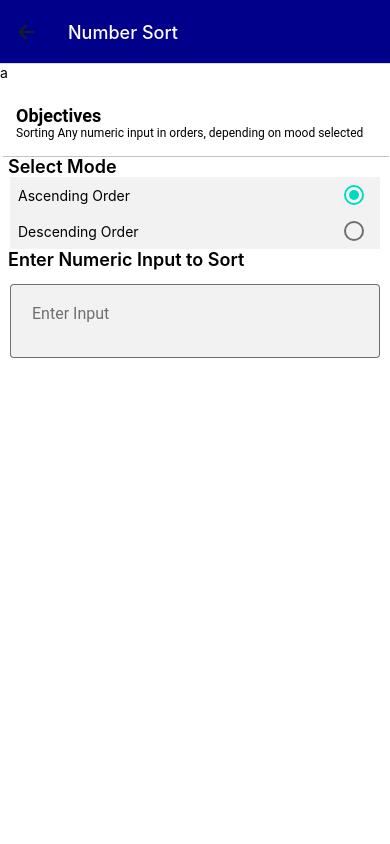
Repository: seyicoded/rn-crazy-algorithm-app
Screen: /Sort_simple_number
These files come from the project's save history. The screen is drawn as it stood at one moment and after the next save; the edit follows.
The app was drawn by React Native's web renderer in a window 390 px wide. The project was rebuilt for these pictures with package versions that can differ from the ones it lists, and the page was loaded fresh each time. Also part of the build but not shown: src/screens/sort.js, src/screens/filter.js, src/screens/advance.js, src/screens/sorts/Sort_alphabet.js.

Above is the screen before, as saved 2022-03-30 18:00:32.

### App.js
import 'react-native-gesture-handler';
import { StatusBar } from 'expo-status-bar';
import { StyleSheet, Text, View } from 'react-native';
import Main from './src/main'
export default function App() {
  return (
    <View style={styles.container}>
      <Main />
      <StatusBar style="auto" />
    </View>
  );
}

const styles = StyleSheet.create({
  container: {
    flex: 1,
    backgroundColor: '#fff',
  },
});

### src/main.js
import { View, Text } from 'react-native'
import React from 'react'
import {NavigationContainer} from '@react-navigation/native'
import {createStackNavigator} from '@react-navigation/stack'
import Home from './screens/index'
import Sort from './screens/sort'
import Filter from './screens/filter'
import Advance from './screens/advance'
import Sort_simple_number from './screens/sorts/Sort_simple_number'
import Sort_alphabet from './screens/sorts/Sort_alphabet'

const StackNav = createStackNavigator()

export default function Main() {
  return (
    <NavigationContainer>
        <StackNav.Navigator>
            <StackNav.Screen name="Home" options={{headerMode: 'none'}} component={Home} />
            <StackNav.Screen name="Filter" options={{headerMode: 'none'}} component={Filter} />
            <StackNav.Screen name="Sort" options={{headerMode: 'none'}} component={Sort} />
            <StackNav.Screen name="Advance" options={{headerMode: 'none'}} component={Advance} />

            {/* sort aspect */}
            <StackNav.Screen name="Sort_simple_number" options={{title: 'Number Sort', headerStyle: {backgroundColor: 'darkblue', color: 'white'}, headerTitleStyle: {color: 'white'}}} component={Sort_simple_number} />
            <StackNav.Screen name="Sort_alphabet" options={{title: 'Alphabet Sort', headerStyle: {backgroundColor: 'darkblue', color: 'white'}, headerTitleStyle: {color: 'white'}}} component={Sort_alphabet} />
        </StackNav.Navigator>
    </NavigationContainer>
  )
}

### src/screens/index.js
import { View, Text, StyleSheet, FlatList, TouchableOpacity } from 'react-native'
import React, {useState, useEffect, useRef} from 'react'
import Header from '../layout/header'
import { List, Avatar, Card, Title, Paragraph, Button } from 'react-native-paper';

const data = [
    {
        id: 'Sort',
        image: 'https://picsum.photos/700',
        title: 'Sort',
    },
    {
        id: 'Filter',
        image: 'https://picsum.photos/700',
        title: 'Filter',
    },
    {
        id: 'Advance',
        image: 'https://picsum.photos/700',
        title: 'Advance',
    },
]

export default function Index({route, navigation}) {
    const [color, setColor] = useState('darkblue');
    var timer = null;
    var ColorChanger = useRef('darkblue');


    useEffect(()=>{
        timer = setInterval(()=>{
            // console.log('.')
            ColorChanger.current = (ColorChanger.current == 'darkblue') ? 'darkred' : 'darkblue';
            setColor(ColorChanger.current);
        }, 1000);
        return ()=>{
            clearInterval(timer);
        }
    }, [])

    const styles = StyleSheet.create({
        container: {
          flex: 1,
          width: '100%',
          backgroundColor: '#fff',
        },
        header: {
            fontSize: 16,
            textAlign: 'center',
            marginTop: 20,
            marginBottom: 20,
            color: color,
            fontWeight: '700',
        },
        list: {
            width: '100%',
        },
        card: {
            // backgroundColor: 'red',
            margin: 20,
            shadowColor: '#000',
            shadowOffset: { width: 0, height: 2 },
            shadowOpacity: 0.8,
            elevation: 4
        }
    });

    return (
        <View style={styles.container}>
            <Header title="Home" visible={false} navigation={navigation} />
            <Text style={styles.header}>Let's Prep Shall We</Text>

            <FlatList
                data={data}
                style={styles.list}
                renderItem={({ item }) => {
                    return (
                        <TouchableOpacity onPress={() => navigation.navigate(item.id, {title: item.title})}>
                            <Card style={styles.card}>
                                <Card.Cover source={{ uri: item.image }} />
                                {/* <Card.Actions style={{justifyContent: 'center'}}>
                                    <Button onPress={()=>navigation.navigate(item.id)}>{item.title}</Button>

                                </Card.Actions> */}

                                <Card.Content style={{justifyContent: 'center'}}>
                                    <Title style={{textAlign: 'center', marginTop:12, color: 'darkblue'}}>{item.title}</Title>
                                </Card.Content>
                            </Card>
                        </TouchableOpacity>
                    )
                }}
                numColumns={1}
            />

            {/* <Card>
                <Card.Cover source={{ uri: 'https://picsum.photos/700' }} />

                <Card.Content>
                    <Title>Card title</Title>
                </Card.Content>
            </Card> */}

        </View>
    )
}

### src/screens/sorts/Sort_simple_number.js
import { StyleSheet, Text, View, TouchableOpacity, Pressable, Keyboard } from 'react-native'
import React from 'react'
import { Banner, RadioButton, TextInput } from 'react-native-paper';

export default function Sort_simple_number() {
    const [value, setValue] = React.useState('ascending');
    const [unsortedVal, setunsortedVal] = React.useState('');
  return (
    <View style={styles.container}>
        <Pressable onPress={()=>Keyboard.dismiss()}><Text>a</Text></Pressable>
        <Banner
            visible={true}
            actions={[
            ]}
            >
                <View>
                    <Text style={{fontWeight: '600', fontSize: 18}}>Objectives</Text>
                    <Text />
                    <Text style={{fontSize: 12}}>Sorting Any numeric input in orders, depending on mood selected</Text>
                </View>
        </Banner>
        <Text />
        <Text style={styles.title_element}>Select Mode</Text>

        <RadioButton.Group onValueChange={newValue => setValue(newValue)} value={value}>
            <TouchableOpacity onPress={()=>setValue('ascending')}>
                <View style={styles.radio}>
                    <Text>Ascending Order</Text>
                    <RadioButton value="ascending" />
                </View>
            </TouchableOpacity>
            <TouchableOpacity onPress={()=>setValue('descending')}>
                <View style={styles.radio}>
                    <Text>Descending Order</Text>
                    <RadioButton value="descending" />
                </View>
            </TouchableOpacity>
        </RadioButton.Group>

        <Text />
        <Text style={styles.title_element}>Enter Numeric Input to Sort</Text>
        <TextInput
            label='Enter Input'
            mode='outlined'
            style={styles.input}
            value={unsortedVal}
            multiline={true}
            keyboardType='numeric'
            returnKeyType='done'
            onChangeText={text => setunsortedVal(text)}
        />
    </View>
  )
}

const styles = StyleSheet.create({
    container: {
        flex: 1,
        backgroundColor: '#fff',
    },
    title_element: {
        fontWeight: '600',
        fontSize: 18,
        paddingLeft: 8
    },
    radio: {
        flexDirection: 'row',
        justifyContent: 'space-between',
        alignItems: 'center',
        marginHorizontal: 10,
        backgroundColor: 'rgba(0, 0, 0, 0.05)',
        paddingHorizontal: 8,
    },
    input: {
        marginHorizontal: 10,
        marginVertical: 8,
        backgroundColor: 'rgba(0, 0, 0, 0.05)',
        paddingHorizontal: 8,
    },
})

### src/layout/header.js
import { View, Text } from 'react-native'
import React, {useState, useEffect} from 'react'
import { Appbar } from 'react-native-paper';

export default function Header({title, visible, navigation}) {
    // const [visible, setVisible] = useState(false);

    if(visible){
        return (
            <Appbar.Header style={{backgroundColor: 'darkblue'}}>
                {
                    (visible) ?
                    <Appbar.BackAction onPress={()=>navigation.goBack()} />
                    :<></>
                }
                <Appbar.Content title={title} />
            </Appbar.Header>
          )
    }else{
        return (
            <Appbar.Header style={{backgroundColor: 'darkblue'}}>
                <Appbar.Content title={title} />
            </Appbar.Header>
          )
    }

}

After the next save:
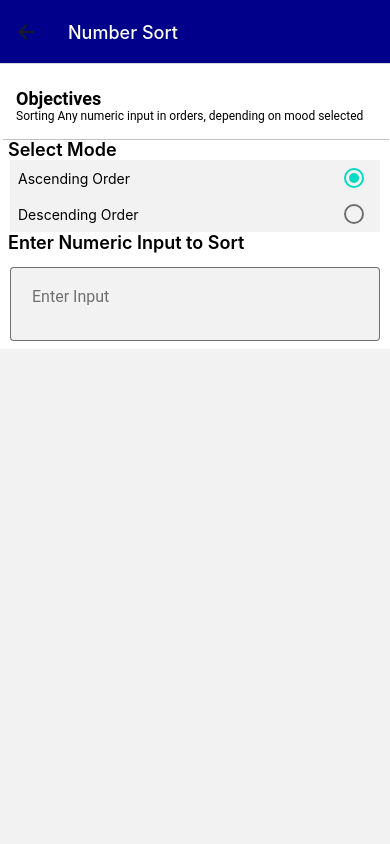
Saved 24 s later.
--- a/src/screens/sorts/Sort_simple_number.js
+++ b/src/screens/sorts/Sort_simple_number.js
@@ -6,8 +6,8 @@ export default function Sort_simple_number() {
     const [value, setValue] = React.useState('ascending');
     const [unsortedVal, setunsortedVal] = React.useState('');
   return (
+      <Pressable onPress={()=>{Keyboard.dismiss()}}>
     <View style={styles.container}>
-        <Pressable onPress={()=>Keyboard.dismiss()}><Text>a</Text></Pressable>
         <Banner
             visible={true}
             actions={[
@@ -50,6 +50,7 @@ export default function Sort_simple_number() {
             onChangeText={text => setunsortedVal(text)}
         />
     </View>
+    </Pressable>
   )
 }
 
